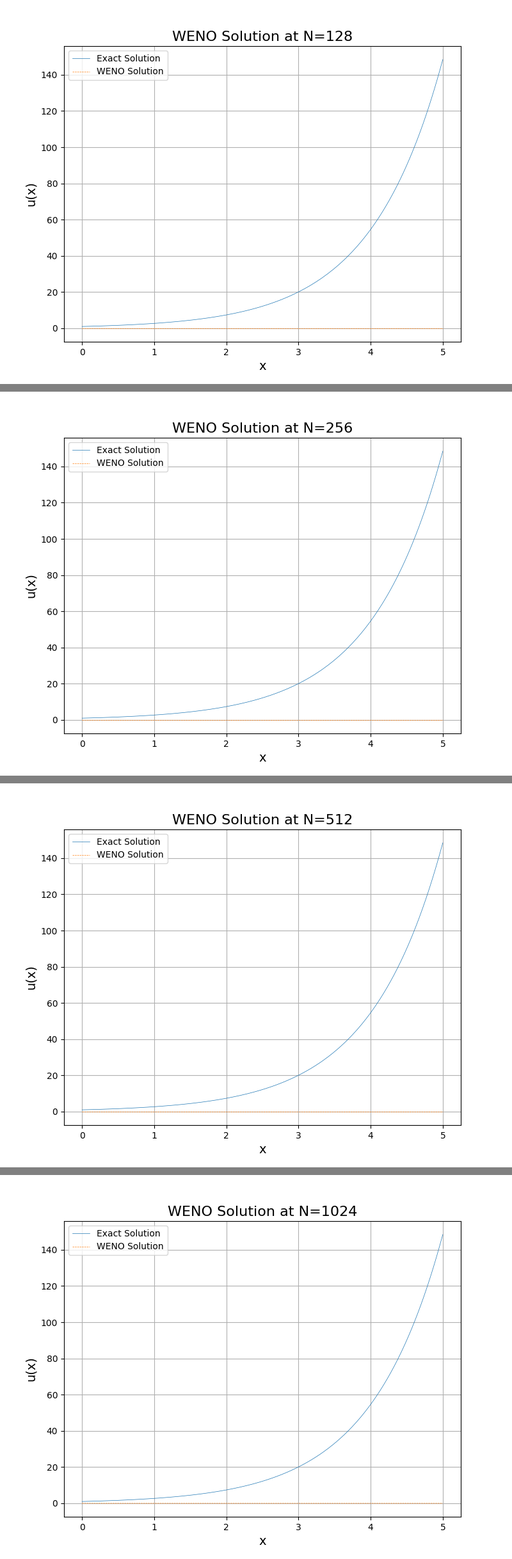
Repository: mishiroo/WENO
Script's output: python main.py
These files come from the project's save history. The script's output is drawn as it stood at one moment and after the next save; the edit follows.
The pictures are shown at 64% of full size.
Each picture stacks the figures in order, with grey between them; figures that are only written to a file come last. Random numbers start from a fixed seed.

Above is the script's output before, as saved 2024-12-13 16:22:44.

After the next save:
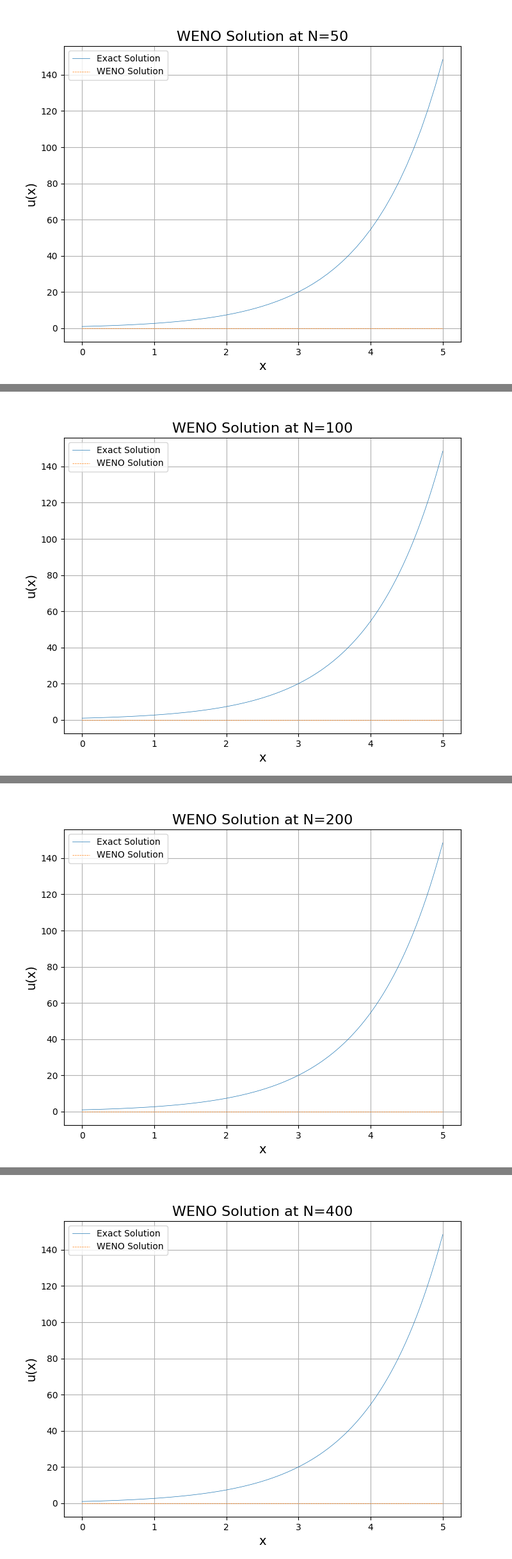
Saved 5 min 10 s later.
--- a/main.py
+++ b/main.py
@@ -4,7 +4,8 @@ import numpy as np
 
 # 计算误差阶
 # N: Num of cells 网格密度太大 机器误差会影响收敛
-NList = [128, 256, 512, 1024]
+# NList = [128, 256, 512, 1024]
+NList = [50, 100, 200, 400]
 # 存储计算结果
 l2_err_list = []
 linf_err_list = []
